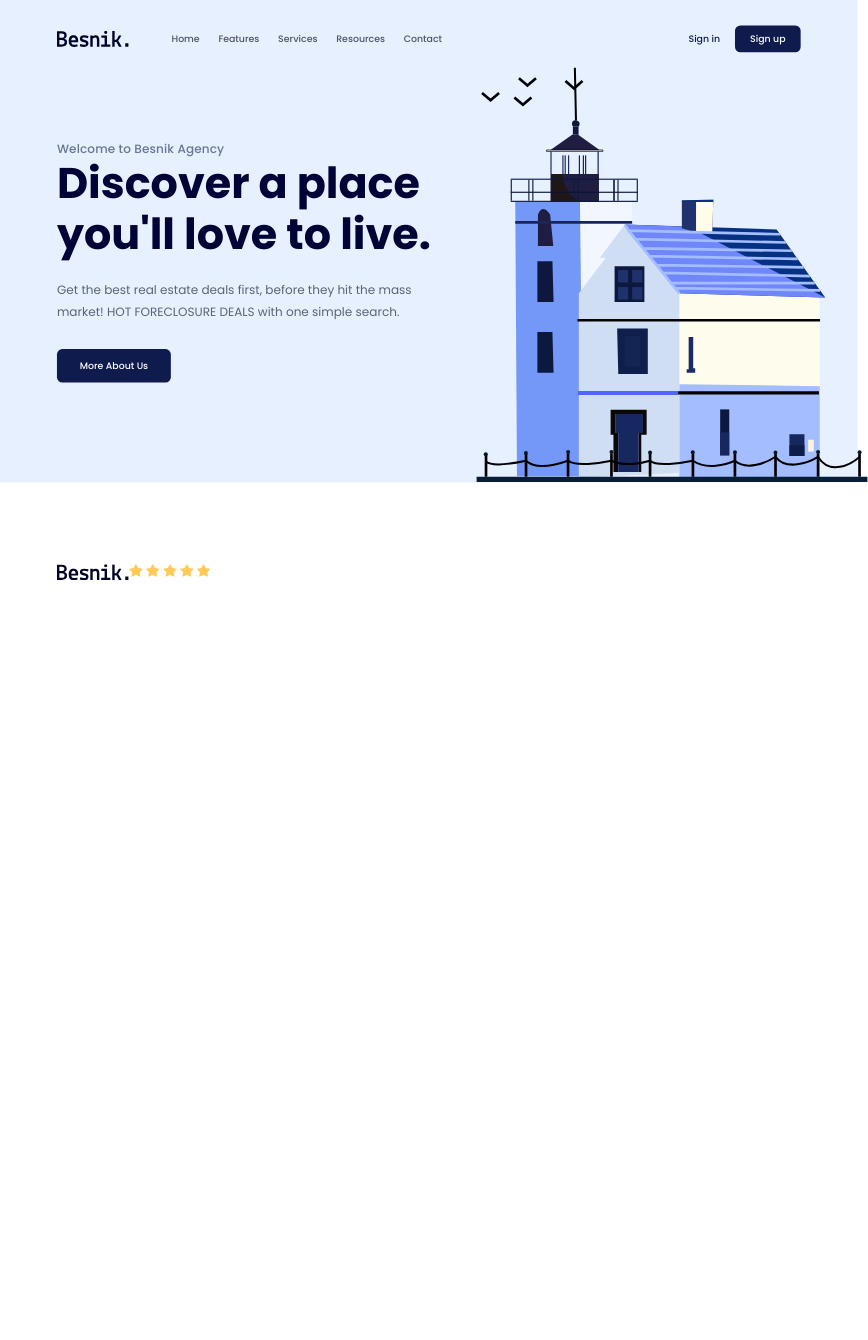
Repository: vancong171001/f8-html-css-01
Page: index.html
These files come from the project's save history. The page is drawn as it stood at one moment and after a run of saves; the edit follows.
The browser window is 1280 px wide. The page is 1295 px wide, so the pictures cover 1295 px, including what lies to the right of the window. The pictures show the whole page, at 67% of full size.

Above is the page before, as saved 2025-02-20 10:42:21.

After the next 3 saves:
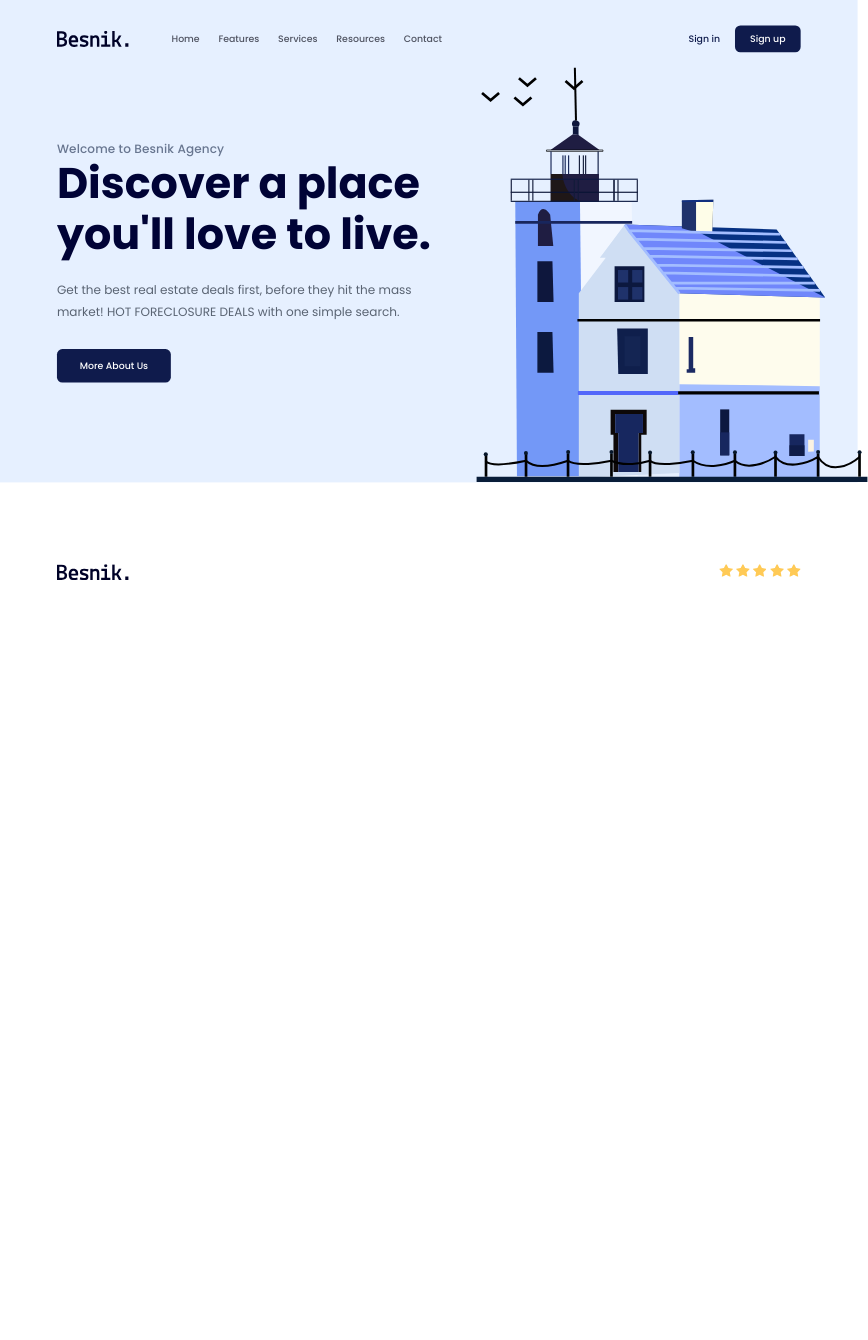
The 3 saves are shown as one change because they came seconds apart.
The last was saved 15 s later.
--- a/assets/css/styles.css
+++ b/assets/css/styles.css
@@ -133,7 +133,11 @@
 .clients {
   margin-top: 122px;
 }
+
 .clients .row {
   display: flex;
 }
-.clin
+
+.clients .row .stars {
+  margin-left: auto;
+}

After the 2 saves that followed:
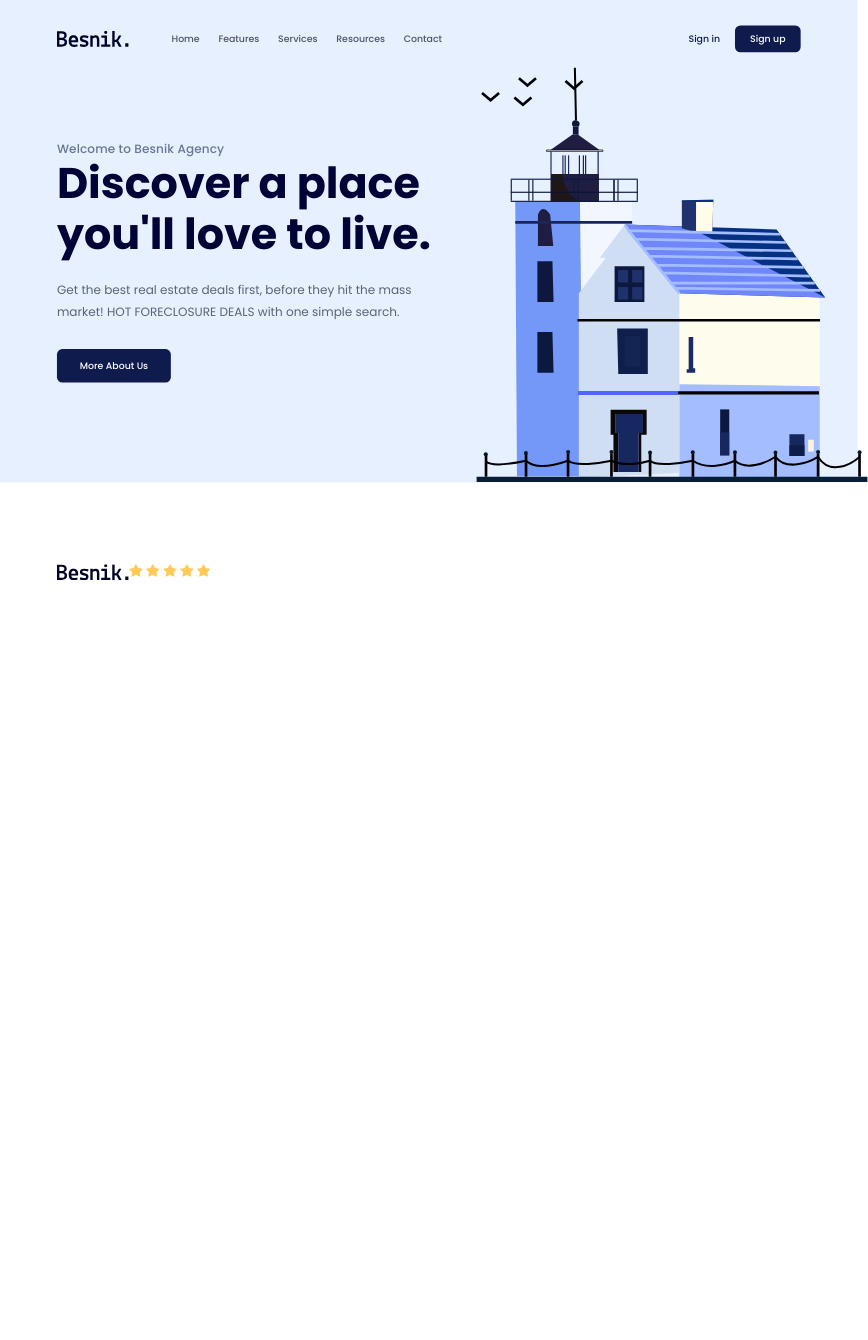
The 2 saves are shown as one change because 1 left the picture as it was.
The last was saved 46 s later.
--- a/assets/css/styles.css
+++ b/assets/css/styles.css
@@ -137,7 +137,3 @@
 .clients .row {
   display: flex;
 }
-
-.clients .row .stars {
-  margin-left: auto;
-}
